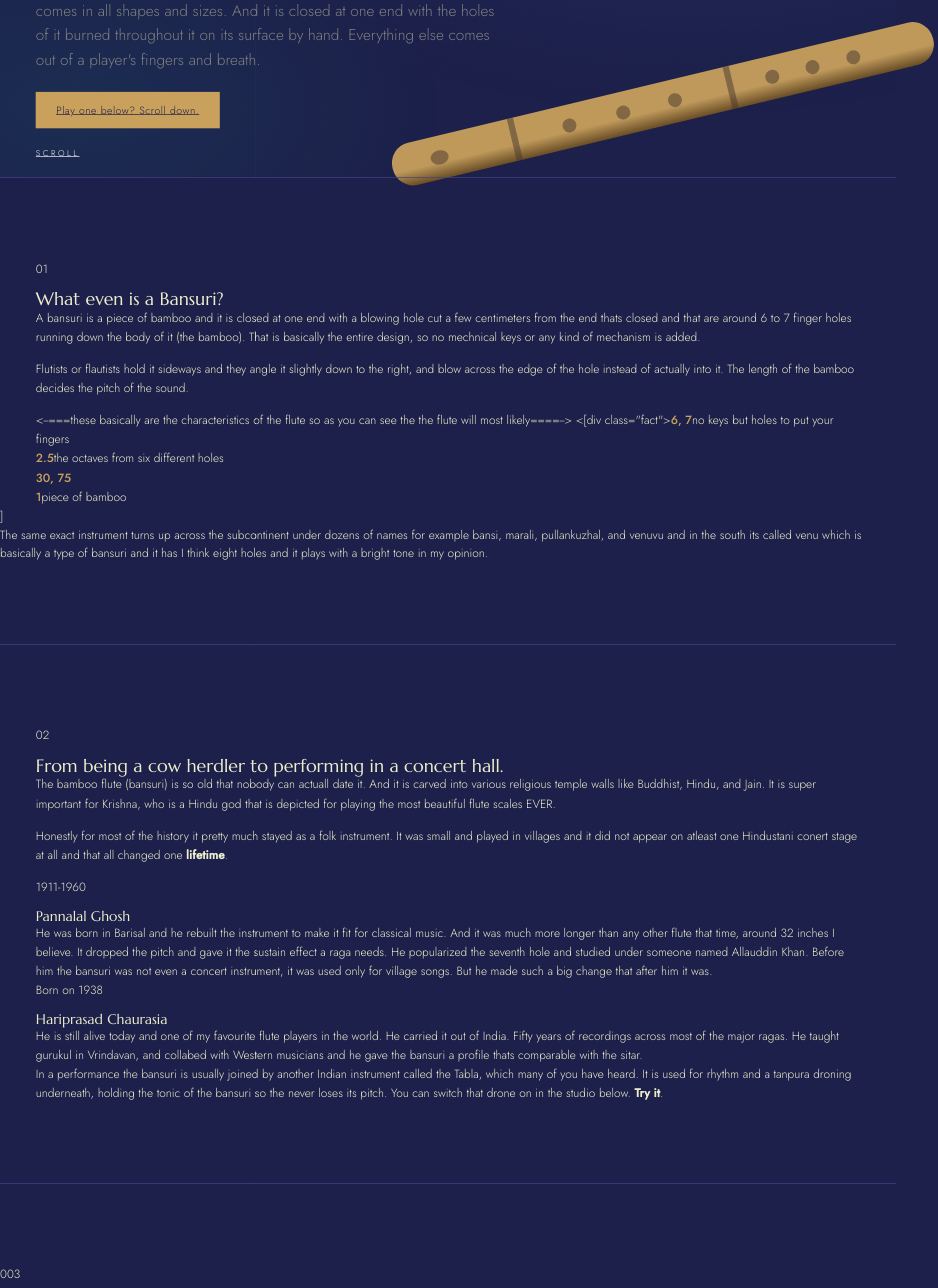
Repository: manayparikh1/Bansi
Page: index.html
These files come from the project's save history. The page is drawn as it stood at one moment and after the next save; the edit follows.
The browser window is 1280 px wide. The page is 1340 px wide, so the pictures cover 1340 px, including what lies to the right of the window. The pictures show the part of the page from y = 485 to 2325 px (the page is 3352 px tall before and 4865 px after), at 70% of full size.

Above is the page before, as saved 2026-09-20 12:15:26.

After the next save:
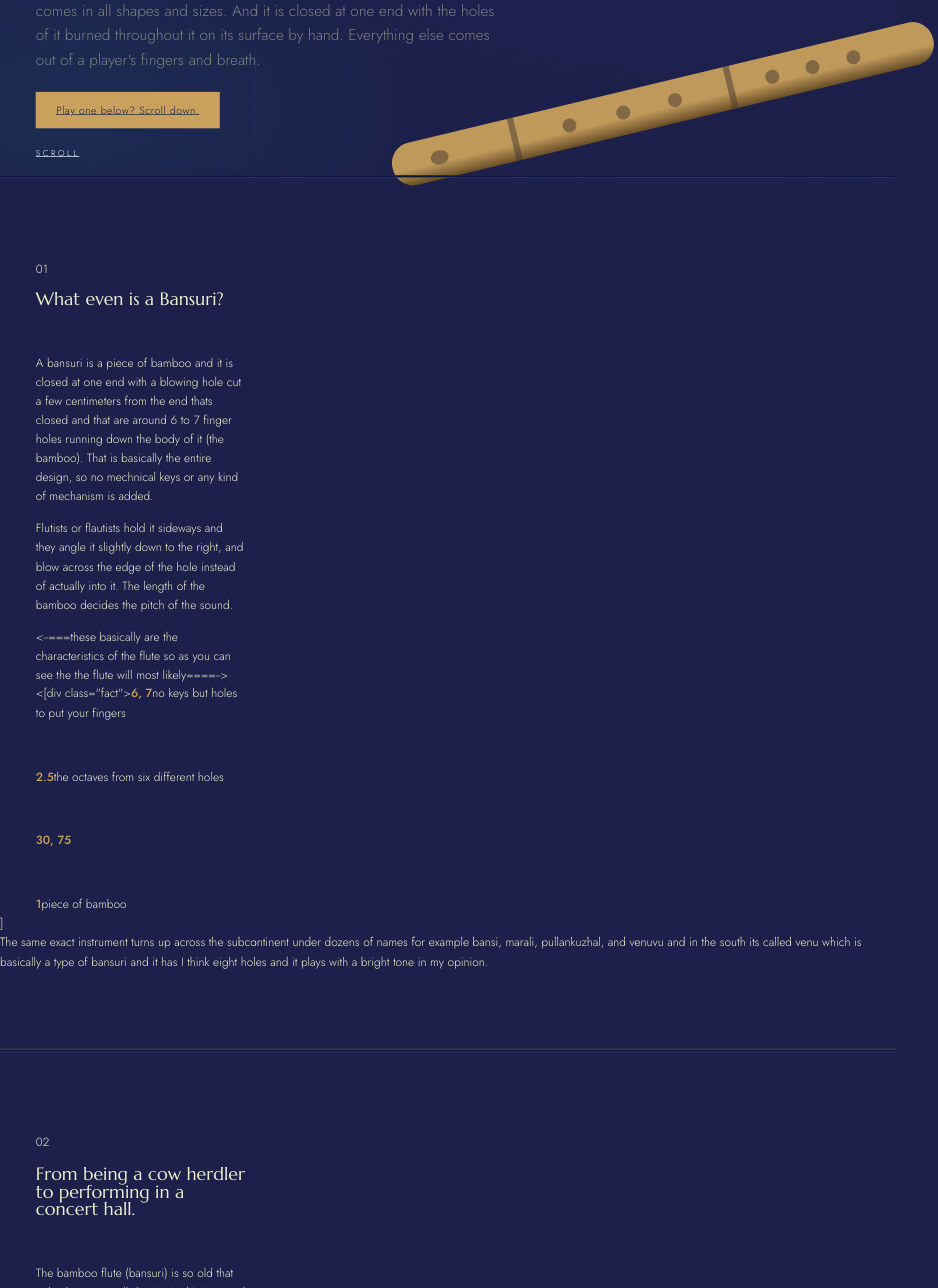
Saved 12 min 54 s later.
--- a/style.css
+++ b/style.css
@@ -296,6 +296,17 @@ h1 {
 .band {
     padding: clamp(70px, 9vw, 130px) 0;
     /*changing it into a dual line which willl look SUPER awesome*/
-    border-top: 1px solid #444482;
-
-}
+    border-top: 1px solid var(--violet);
+    box-shadow: 0 -3px 0 0 var(--deep), 0 -4px 0 0 rgba(201, 161, 92, 0.4);
+}
+
+.band.tint {
+    background: linear-gradient(170deg, var(--), var(--night));
+}
+
+.two-col {
+    display: grid;
+    grid-template-columns: minmax(200px, 300px);
+    gap: clamp(28px, 5vw, 80px);
+    align-items: start;
+}
